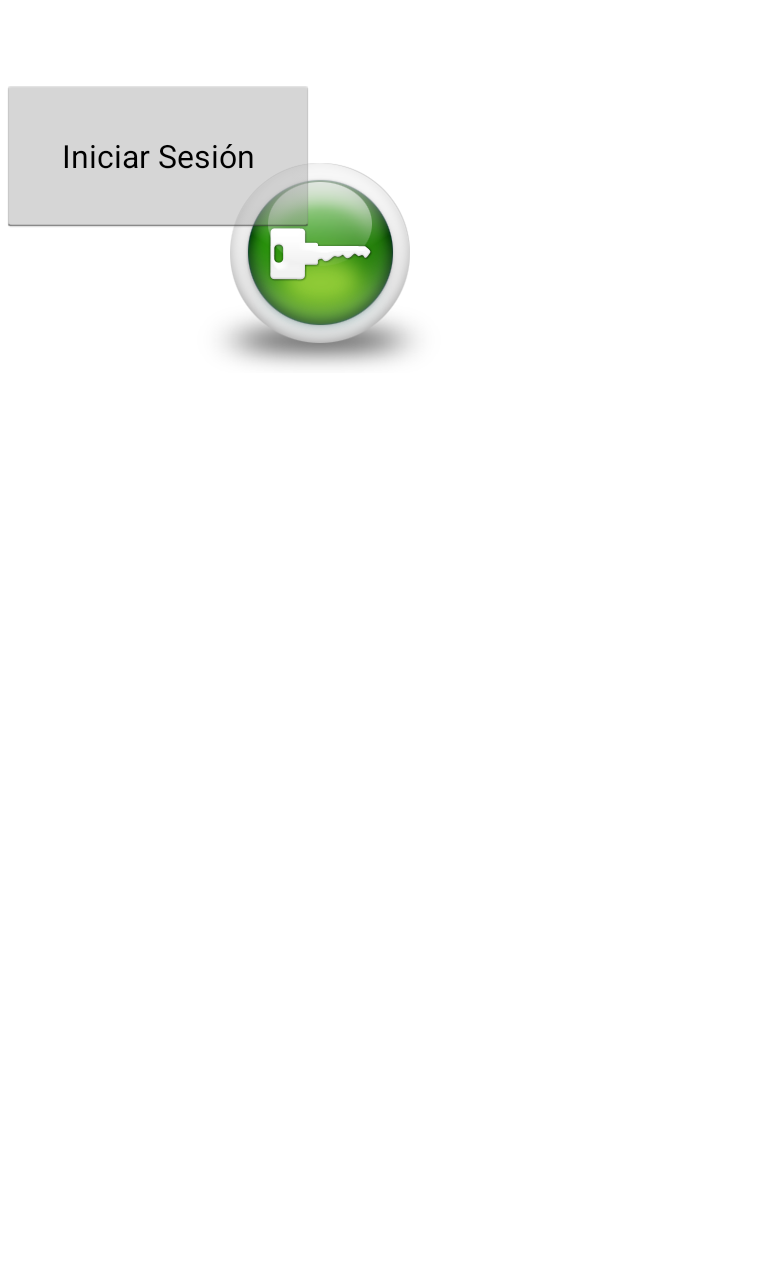
Repository: jlcd0004/sm_p11_practica1
Layout: Practica1/res/layout/fragmento2.xml
An editor plug-in stored every save of this project. The layout is shown before and after the next save, followed by the edit.
It is drawn on a 768 x 1280 px phone screen (xhdpi) without system bars, with theme AppTheme; the app's code is not run.

Above is the layout before, as saved 2015-10-16 17:22:09.

### Practica1/res/layout/fragmento2.xml
<?xml version="1.0" encoding="utf-8"?>
<FrameLayout xmlns:android="http://schemas.android.com/apk/res/android"
    android:id="@+id/FrameLayout1"
    android:layout_width="match_parent"
    android:layout_height="match_parent" >

    <ImageView
        android:id="@+id/imageView1"
        android:layout_width="wrap_content"
        android:layout_height="wrap_content"
        android:layout_marginLeft="96dp"
        android:layout_marginTop="63dp"
        android:src="@drawable/icono" />

    <Button
        android:id="@+id/button1"
        style="@style/AppTheme"
        android:layout_width="158dp"
        android:layout_height="78dp"
        android:layout_marginTop="39dp"
        android:text="@string/sesion" />

</FrameLayout>

### Practica1/res/values/strings.xml
<?xml version="1.0" encoding="utf-8"?>
<resources>

    <string name="app_name">Practica1</string>
    <string name="hello_world">Hello world!</string>
    <string name="action_settings">Settings</string>
<string name="presentacion">José Luis Cabeza Díaz</string>
     <string name="presentacion2">Servicios Móviles, Práctica 1</string>
     <string name="sesion">Iniciar Sesión</string>

</resources>

Loaded but not shown: Practica1/res/values/styles.xml (common file); Practica1/res/values-v11/styles.xml (common file); Practica1/res/values-v14/styles.xml (common file)

After the next save:
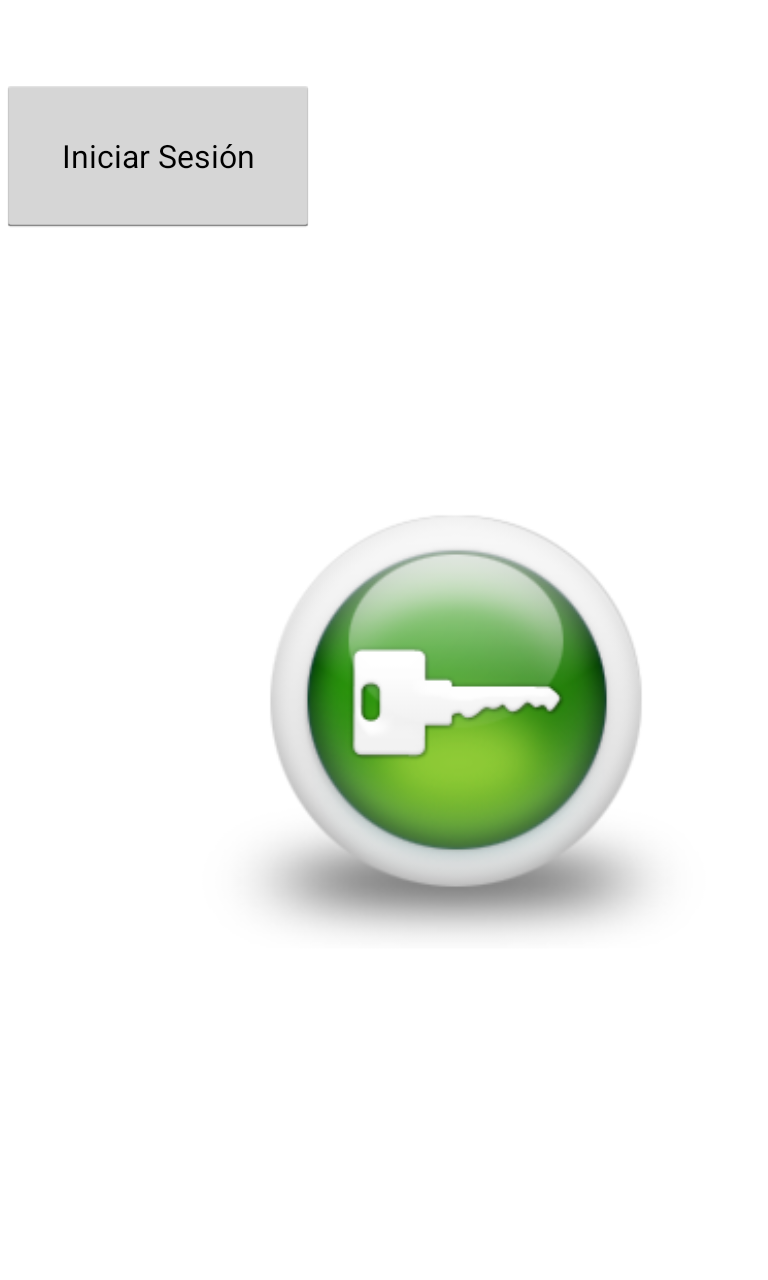
Saved 45 s later.
--- a/Practica1/res/layout/fragmento2.xml
+++ b/Practica1/res/layout/fragmento2.xml
@@ -3,14 +3,6 @@
     android:id="@+id/FrameLayout1"
     android:layout_width="match_parent"
     android:layout_height="match_parent" >
-
-    <ImageView
-        android:id="@+id/imageView1"
-        android:layout_width="wrap_content"
-        android:layout_height="wrap_content"
-        android:layout_marginLeft="96dp"
-        android:layout_marginTop="63dp"
-        android:src="@drawable/icono" />
 
     <Button
         android:id="@+id/button1"
@@ -20,4 +12,12 @@
         android:layout_marginTop="39dp"
         android:text="@string/sesion" />
 
+    <ImageView
+        android:id="@+id/imageView1"
+        android:layout_width="264dp"
+        android:layout_height="match_parent"
+        android:layout_marginLeft="96dp"
+        android:layout_marginTop="63dp"
+        android:src="@drawable/icono" />
+
 </FrameLayout>
